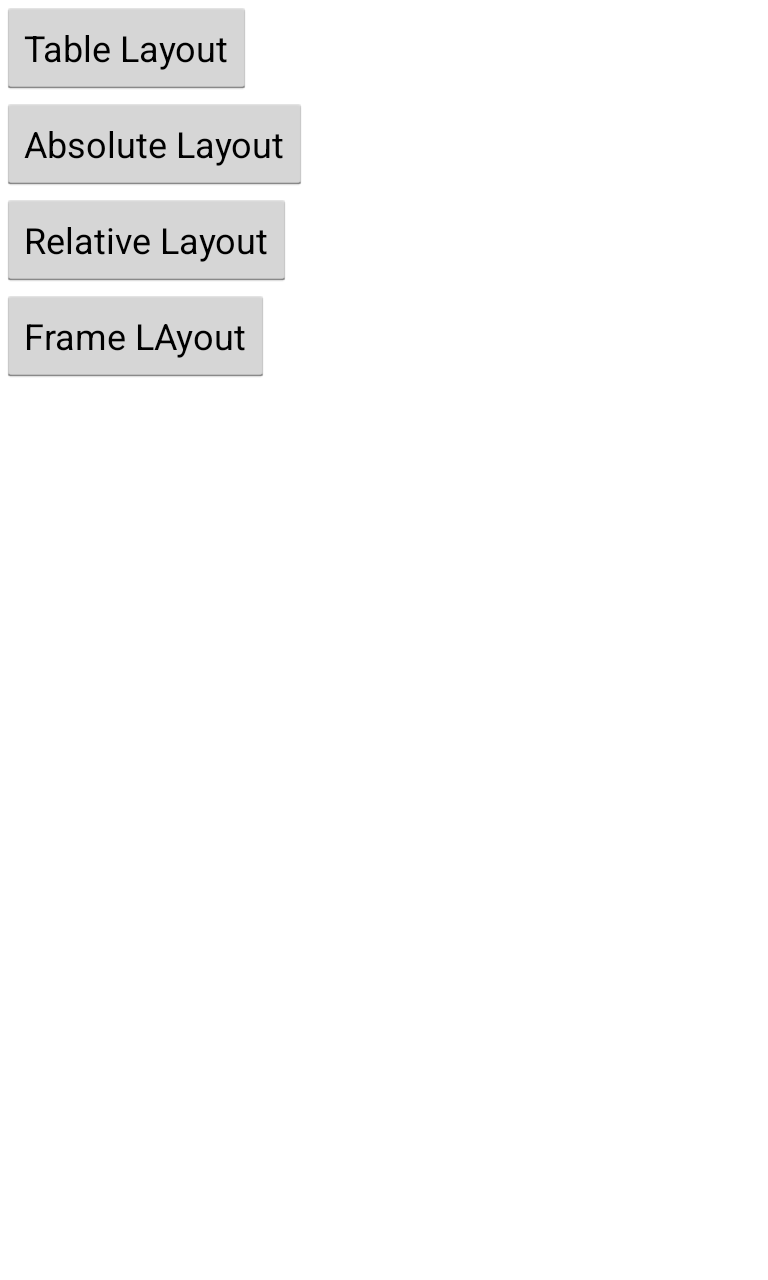
Repository: hugoM1/trainingNaranya
Layout: Layouts/res/layout/activity_home.xml
An editor plug-in stored every save of this project. The layout is shown before and after the next save, followed by the edit.
It is drawn on a 768 x 1280 px phone screen (xhdpi) without system bars, with theme AppTheme; the app's code is not run.

Above is the layout before, as saved 2013-08-14 02:23:39.

After the next save:
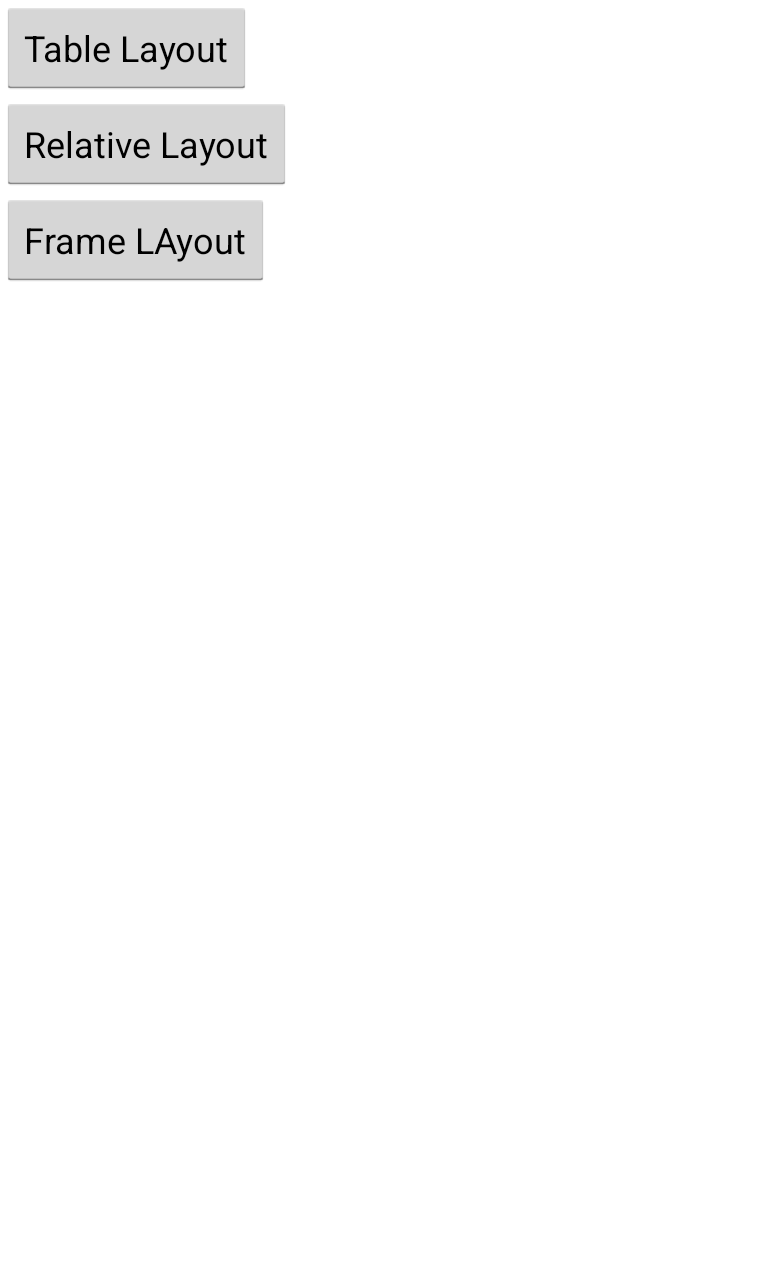
Saved 87 s later.
--- a/Layouts/res/layout/activity_home.xml
+++ b/Layouts/res/layout/activity_home.xml
@@ -8,13 +8,6 @@
 		<Button
 		    android:id="@+id/Button01"
 		    android:text="@string/button1"
-			android:layout_width="wrap_content"
-			android:layout_height="wrap_content" />
-
-		<Button
-
-		    android:id="@+id/Button02"
-		    android:text="@string/button2"
 			android:layout_width="wrap_content"
 			android:layout_height="wrap_content" />
 
